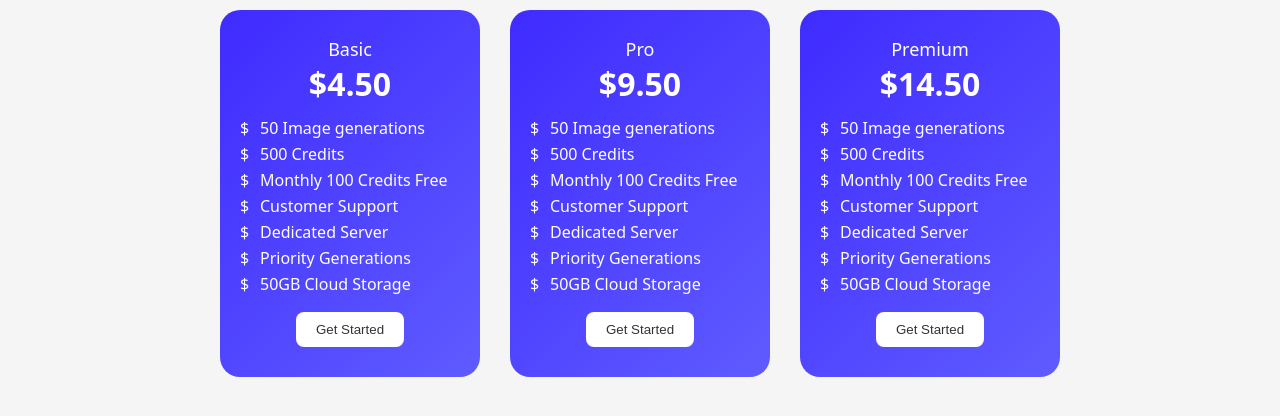
Repository: doanhieu0707/Homework-Day-5
Page: pricing-table.html
An editor plug-in stored every save of this project. The page is shown before and after the next save, followed by the edit.
The browser window is 1280 px wide. The pictures show the whole page.

Above is the page before, as saved 2026-04-02 14:59:01.

### pricing-table.html
<!doctype html>
<html lang="en">
    <head>
        <meta charset="UTF-8" />
        <meta name="viewport" content="width=device-width, initial-scale=1.0" />
        <link rel="stylesheet" href="./css/reset.css" />
        <link rel="stylesheet" href="./css/style.css" />
        <title>Pricing-Table</title>
    </head>
    <body>
        <div class="pricing">
            <div class="pricing-item">
                <h3 class="pricing-title">Basic</h3>
                <div class="pricing-price">$4.50</div>
                <ul class="pricing-list">
                    <li>50 Image generations</li>
                    <li>500 Credits</li>
                    <li>Monthly 100 Credits Free</li>
                    <li>Customer Support</li>
                    <li>Dedicated Server</li>
                    <li>Priority Generations</li>
                    <li>50GB Cloud Storage</li>
                </ul>
                <button class="btn">Get Started</button>
            </div>

            <div class="pricing-item">
                <h3 class="pricing-title">Pro</h3>
                <div class="pricing-price">$9.50</div>
                <ul class="pricing-list">
                    <li>50 Image generations</li>
                    <li>500 Credits</li>
                    <li>Monthly 100 Credits Free</li>
                    <li>Customer Support</li>
                    <li>Dedicated Server</li>
                    <li>Priority Generations</li>
                    <li>50GB Cloud Storage</li>
                </ul>
                <button class="btn">Get Started</button>
            </div>

            <div class="pricing-item">
                <h3 class="pricing-title">Premium</h3>
                <div class="pricing-price">$14.50</div>
                <ul class="pricing-list">
                    <li>50 Image generations</li>
                    <li>500 Credits</li>
                    <li>Monthly 100 Credits Free</li>
                    <li>Customer Support</li>
                    <li>Dedicated Server</li>
                    <li>Priority Generations</li>
                    <li>50GB Cloud Storage</li>
                </ul>
                <button class="btn">Get Started</button>
            </div>
        </div>
    </body>
</html>

### css/style.css
* {
    box-sizing: border-box;
}

body {
    background-color: gray;
    font-family:
        system-ui,
        -apple-system,
        BlinkMacSystemFont,
        "Segoe UI",
        Roboto,
        Oxygen,
        Ubuntu,
        Cantarell,
        "Fira Sans",
        "Droid Sans",
        "Helvetica Neue",
        sans-serif;
}

/* ===== Menu ===== */
.menu {
    display: flex;
    align-items: center;
    justify-content: center;
    padding: 0 45px;
    font-size: 0;
    background-color: #3e5cca;
}

.menu li {
    display: inline-block;
    position: relative;
}

.menu li::before {
    content: "";
    position: absolute;
    left: 0;
    top: 0;
    width: 1px;
    height: 100%;
    background-color: #2d4db7;
}

.menu li:first-child::before {
    display: none;
}

.menu li a {
    display: inline-block;
    color: white;
    font-size: 16px;
    padding: 21px;
    text-decoration: none;
}

.menu li a::before {
    content: "\25B6";
    margin-right: 6px;
    font-size: 10px;
}

.menu li:hover > a {
    background-color: pink;
    color: #3e5cca;
}

.menu li a:focus,
.menu li a:target {
    background-color: blueviolet;
    color: red;
}

/* ===== Form ===== */
.form {
    max-width: 400px;
    padding: 25px;
    margin: 10px auto;
    border-radius: 20px;
    background-color: #fff;
}

.form-heading {
    margin-bottom: 32px;
    text-align: center;
    font-size: 24px;
    font-weight: bold;
    color: red;
}

.form-label {
    display: block;
    margin: 12px 0 4px;
    font-weight: 600;
    font-size: 12px;
}

.form-label::after {
    content: " *";
    color: red;
}

.form-input {
    width: 100%;
    padding: 6px 8px;
    border: 1px solid gray;
    border-radius: 5px;
    outline: none;
}

.form-input:focus {
    border-color: blueviolet;
}

.form-input:invalid {
    border-color: red;
}

.avatar {
    width: 100px;
    height: 100px;
    cursor: pointer;
    border-radius: 50%;
}

.form-options label {
    display: block;
}

.form-footer {
    display: flex;
    margin-top: 28px;
    justify-content: space-between;
}

.btn {
    display: inline-block;
    padding: 6px 16px;
    border-radius: 5px;
    min-width: 100px;
    text-align: center;
    border: none;
    background: rgb(87, 142, 230);
    color: white;
    cursor: pointer;
}

.btn:hover {
    background: #3e5cca;
}

.btn:active {
    transform: scale(0.95);
}

/* =====  */
body {
    background: #f5f5f5;
    padding: 10px;
}

/* container */
.pricing {
    display: flex;
    justify-content: center;
    gap: 30px;
}

/* card */
.pricing-item {
    width: 260px;
    padding: 30px 20px;
    border-radius: 20px;
    background: linear-gradient(135deg,#3f2bff,#5f5bff);
    color: white;
    text-align: center;
    transition: 0.3s;
}

.pricing-item:hover {
    transform: translateY(-10px);
    box-shadow: 0 15px 30px rgba(0,0,0,0.2);
}


.pricing-title {
    font-size: 18px;
    margin-bottom: 10px;
}

.pricing-price {
    font-size: 32px;
    font-weight: bold;
    margin-bottom: 20px;
}

.pricing-list {
    list-style: none;
    text-align: left;
    margin-bottom: 20px;
}

.pricing-list li {
    margin: 10px 0;
    padding-left: 20px;
    position: relative;
}

.pricing-list li::before {
    content: "$";
    position: absolute;
    left: 0;
    color: #fff;
}

.btn {
    padding: 10px 20px;
    border-radius: 8px;
    border: none;
    background: #fff;
    color: #333;
    cursor: pointer;
}

.btn:hover {
    background: #eee;
}

Loaded but not shown: css/reset.css (common file)

After the next save:
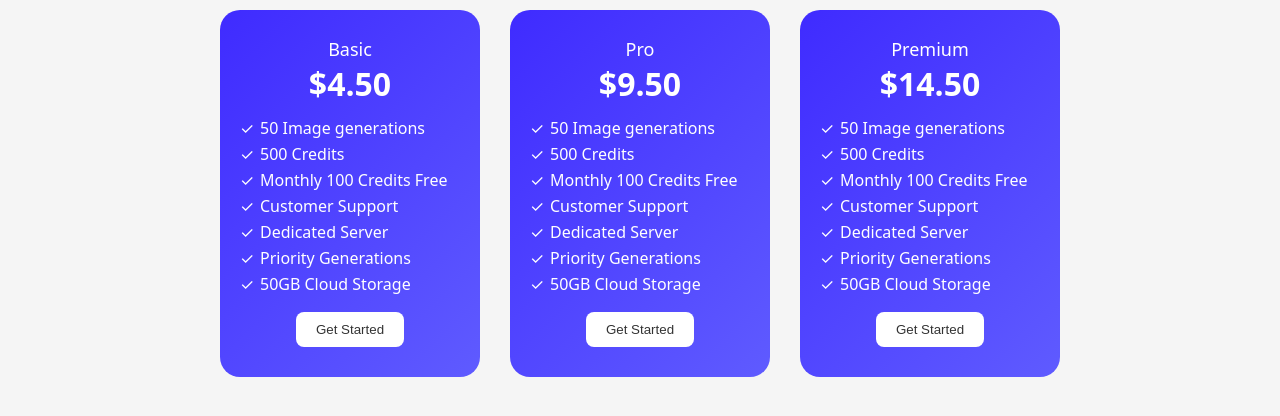
Saved 99 s later.
--- a/css/style.css
+++ b/css/style.css
@@ -209,7 +209,7 @@ body {
 }
 
 .pricing-list li::before {
-    content: "$";
+    content: "✓";
     position: absolute;
     left: 0;
     color: #fff;
